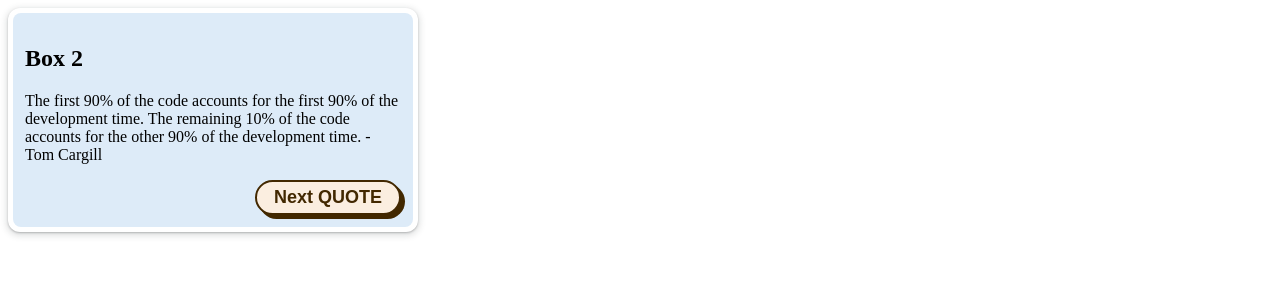
Repository: JasonMorta/programingQuotes-chromeExtension
Page: popup.html
An editor plug-in stored every save of this project. The page is shown before and after the next save, followed by the edit.
The browser window is 1280 px wide. The pictures show the whole page.

Above is the page before, as saved 2023-05-07 13:22:48.

### popup.html
<!DOCTYPE html>
<html lang="en">

<head>
   <meta charset="UTF-8">
<link rel="stylesheet" href="./content.css">
   <meta http-equiv="X-UA-Compatible" content="IE=edge">
   <link rel="stylesheet" href="./buttonStyle.css">
    <script src="./quitesArray.js"></script>

   <meta name="viewport" content="width=device-width, initial-scale=1.0">
   <title>Document</title>

</head>


<body>


 <section class="gee_chat_container">
    <div class="box-container-inner">
      <h1>Box 2</h1>
      <p  class="para"></p>
      <button class="button-74 getQuote" role="button">Next QUOTE</button>
    </div>
  </section>





 <script src="./content.js"></script>
</body>

</html>

### content.css
.gee_chat_container {
    box-shadow: 0 1px 2px 0 rgb(60 64 67 / 30%), 0 2px 6px 2px rgb(60 64 67 / 15%);
    max-width: 550px;
    width: 400px;
    border-radius: 12px;
    margin-top: 0;
    padding: 5px;
    position: relative;
    background-color: #fff;

  }

  .box-container {
      border-color: var(--elevation-border-color);
      box-shadow: 0 1px 2px 0 rgb(60 64 67 / 30%), 0 2px 6px 2px rgb(60 64 67 / 15%);
      max-width: 550px;
      width: 400px;
      border-radius: 12px;
      margin-top: 0;
      padding: 5px;
      position: relative;
      background-color: #fff;
    }

    .box-container-inner {
      padding: 0.75rem;
      border-radius: 8px;
      background-color: #ddebf8;
    }

### buttonStyle.css

.button-74 {
    background-color: #fbeee0;
    border: 2px solid #422800;
    border-radius: 30px;
    box-shadow: #422800 4px 4px 0 0;
    color: #422800;
    cursor: pointer;
    font-weight: 600;
    font-size: 18px;
    height: 35px;
    width: 146px;
    padding: 0 15px;
    line-height: 50px;
    text-align: center;
    text-decoration: none;
    user-select: none;
    -webkit-user-select: none;
    touch-action: manipulation;
    display: flex;
    flex-direction: column;
    justify-content: center;
    align-items: center;
    margin-left: auto;
}

.button-74:hover {
  background-color: #fff;
}

.button-74:active {
  box-shadow: #422800 2px 2px 0 0;
  transform: translate(2px, 2px);
}

### quitesArray.js
const motivationalQuotes = [
    "The most disastrous thing that you can ever learn is your first programming language. - Alan Kay",
    "You are not a computer programmer, you are a problem solver. - Anonymous",
    "First, solve the problem. Then, write the code. - John Johnson",
    "Code is like humor. When you have to explain it, it’s bad. - Cory House",
    "The sooner you start to code, the longer the program will take. - Roy Carlson",
    "You might not think that programmers are artists, but programming is an extremely creative profession. - John Romero",
    "Programmers are constantly making things more complicated than they need to be because future-proofing is impossible. - Edsger W. Dijkstra",
    "One of the best programming skills you can have is knowing when to walk away for a while. - Oscar Godson",
    "The best code is the code never written. - Anonymous",
    "If you don’t understand how to run an operating system, you shouldn’t be a programmer. - Richard Stallman",
    "It's not at all important to get it right the first time. It's vitally important to get it right the last time. - Andrew Hunt and David Thomas",
    "The goal of a programmer is to simplify the complexity of a problem. - Anonymous",
    "Coding is not just code, that is a live thing to share your life with. - Anonymous",
    "The only way to do great work is to love what you do. - Steve Jobs",
    "Sometimes the best way to learn is to just dive in. - Jon Bonne",
    "The code you write makes you a programmer. The code you delete makes you a good one. - Mario Fusco",
    "Programs must be written for people to read, and only incidentally for machines to execute. - Harold Abelson and Gerald Jay Sussman",
    "We build our computer systems the way we build our cities: over time, without a plan, on top of ruins. - Ellen Ullman",
    "Any fool can write code that a computer can understand. Good programmers write code that humans can understand. - Martin Fowler",
    "To be a programmer is to develop a carefully managed relationship with error. - Ellen Ullman",
    "The best way to learn to code is to code. - Anonymous",
    "Don't worry if it doesn't work right. If everything did, you'd be out of a job. - Mosher's Law of Software Engineering",
    "Sometimes it pays to stay in bed on Monday, rather than spending the rest of the week debugging Monday’s code. - Dan Salomon",
    "There's nothing more permanent than a temporary hack. - Kyle Simpson",
    "The only code worth writing is code that makes your life easier. - Kent Beck",
    "It’s not about what you know, it’s about what you can figure out. - Anonymous",
    "Programming can be fun, so can cryptography; however, they should not be combined. - Kreitzberg and Shneiderman",
    "Walking on water and developing software from a specification are easy if both are frozen. - Edward V. Berard",
    "If you want to be a better programmer, write more code. - Anonymous",
    "Java is to JavaScript as car is to carpet. - Chris Heilmann",
    "Controlling complexity is the essence of computer programming. - Brian Kernighan",
    "Good code is short, simple, and symmetrical - the challenge is figuring out how to get there. - Sean Parent",
    "The most important skill for a programmer is to be able to effectively communicate. - Anonymous",
    "Programs are meant to be read by humans and only incidentally for computers to execute. - Harold Abelson",
    "If you think math is hard, try programming. - Anonymous",
    "Before software can be reusable, it first has to be usable. - Ralph Johnson",
    "If debugging is the process of removing software bugs, then programming must be the process of putting them in. - Edsger Dijkstra",
    "The computer was born to solve problems that did not exist before. - Bill Gates",
    "It's not that I'm so smart, it's just that I stay with problems longer. - Albert Einstein",
    "The best error message is the one that never shows up. - Thomas Fuchs",
    "The best code is no code. - Jeff Atwood",
    "There are only two industries that refer to their customers as 'users'. - Edward Tufte",
    "The trouble with programmers is that you can never tell what a programmer is doing until it’s too late. - Seymour Cray",
    "Talk is cheap. Show me the code. - Linus Torvalds",
    "The difference between theory and practice is that in theory, there is no difference between theory and practice. - Richard Moore",
    "If you optimize everything, you will always be unhappy. - Donald Knuth",
    "A program that produces incorrect results twice as fast is infinitely slower. - John Osterhout",
    "You can’t have great software without a great team, and most software teams behave like dysfunctional families. - Jim McCarthy",
    "If at first you don't succeed, try, try, try again. Then quit. There's no point in being a damn fool about it. - W.C. Fields",
    "If you don’t know what to do, call the debugger. - Anonymous",
    "Make it work, make it right, make it fast. - Kent Beck",
    "I'm not a great programmer; I'm just a good programmer with great habits. - Kent Beck",
    "The best way to predict the future is to invent it. - Alan Kay",
    "Measuring programming progress by lines of code is like measuring aircraft building progress by weight. - Bill Gates",
    "Code never lies, comments sometimes do. - Ron Jeffries",
    "Simplicity is the ultimate sophistication. - Leonardo da Vinci",
    "It's not a bug - it's an undocumented feature. - Anonymous",
    "Programs must be written for people to read, and only incidentally for machines to execute. - Harold Abelson",
    "Computers are good at following instructions, but not at reading your mind. - Donald Knuth",
    "Programming is the art of telling a computer what to do through a series of instructions. - Anonymous",
    "To iterate is human, to recurse divine. - L. Peter Deutsch",
    "Good code is its own best documentation. As you’re about to add a comment, ask yourself, ‘How can I improve the code so that this comment isn’t needed?’ - Steve McConnell",
    "A program is never less than 90% complete, and never more than 95% complete. - Terry Baker",
    "A good programmer is someone who always looks both ways before crossing a one-way street. - Doug Linder",
    "Always code as if the guy who ends up maintaining your code will be a violent psychopath who knows where you live. - Martin Golding",
    "If debugging is the process of removing software bugs, then programming must be the process of putting them in. - Edsger Dijkstra",
    "The only way to do great work is to love what you do. If you haven't found it yet, keep looking. Don't settle. - Steve Jobs",
    "You might not think that programmers are artists, but programming is an extremely creative profession. It's logic-based creativity. - John Romero",
    "If you don’t build your dreams, someone else will hire you to build theirs. - Tony Gaskins",
    "Don’t write better error messages, write code that doesn’t need them. - Jason C. McDonald",
    "If you want to be a good programmer, learn to think outside the box. - Antonis Tsagaris",
    "There are only two hard things in Computer Science: cache invalidation and naming things. - Phil Karlton",
    "Simplicity is the soul of efficiency. - Austin Freeman",
    "The best way to get a project done faster is to start sooner. - Jim Highsmith",
    "Experience is the name everyone gives to their mistakes. - Oscar Wilde",
    "Always code as if the person who ends up maintaining your code is a violent psychopath who knows where you live. - John Woods",
    "If at first you don’t succeed; call it version 1.0. - Anonymous",
    "A language that doesn't affect the way you think about programming is not worth knowing. - Alan J. Perlis",
    "Programmers are constantly making things more complicated than they need to be because future-proofing is impossible. - Edsger W. Dijkstra",
    "The best way to predict the future is to invent it. - Alan Kay",
    "Code is like humor. When you have to explain it, it’s bad. - Cory House",
    "Any fool can write code that a computer can understand. Good programmers write code that humans can understand. - Martin Fowler",
    "The most disastrous thing that you can ever learn is your first programming language. - Alan Kay",
    "Programming isn't about what you know; it's about what you can figure out. - Chris Pine",
    "Programs must be written for people to read, and only incidentally for machines to execute. - Harold Abelson and Gerald Jay Sussman",
    "The best code is no code at all. - Jeff Atwood",
    "If you can't explain it simply, you don't understand it well enough. - Albert Einstein",
    "It's not a bug - it's an undocumented feature. - Anonymous",
    "Every great developer you know got there by solving problems they were unqualified to solve until they actually did it. - Patrick McKenzie",
    "The best thing about a boolean is even if you are wrong, you are only off by a bit. - Anonymous",
    "Programmers are not to be measured by their ingenuity and their logic but by the completeness of their case analysis. - Alan Perlis",
    "Debugging is like being the detective in a crime movie where you are also the murderer. - Filipe Fortes",
    "The first 90% of the code accounts for the first 90% of the development time. The remaining 10% of the code accounts for the other 90% of the development time. - Tom Cargill",
    "Code never lies, comments sometimes do. - Ron Jeffries",
    "Coding is not just code, that is a live thing to serve everyone! - Ming Qian",
    "The only way to learn a new programming language is by writing programs in it. - Dennis Ritchie",
    "Software is a great combination of artistry and engineering. - Bill Gates",
    "Code is a journey, not a destination. - Anonymous",
    "There are two ways to write error-free programs; only the third one works. - Alan J. Perlis"
]

### content.js


let quoteBtn = document.querySelector('.getQuote');
let quote = document.querySelector('.para');
quote.innerHTML = motivationalQuotes[Math.floor(Math.random() * motivationalQuotes.length)];
quoteBtn.addEventListener('click', () => {
    let randomQuote = motivationalQuotes[Math.floor(Math.random() * motivationalQuotes.length)];

    quote.innerHTML = randomQuote;
});

After the next save:
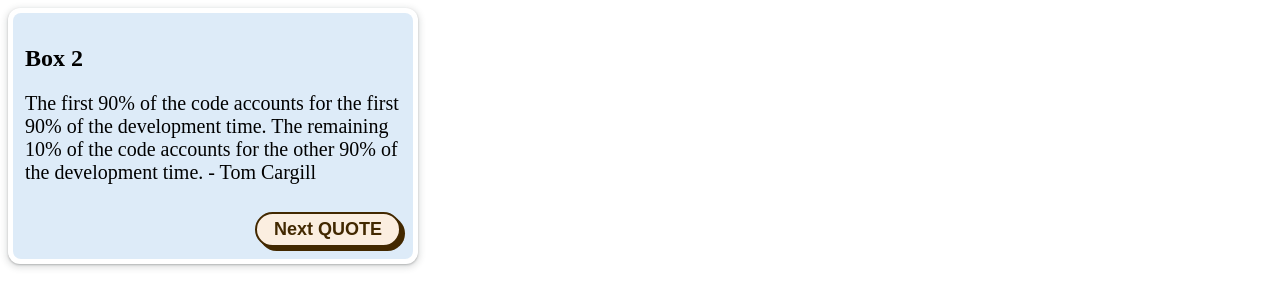
Saved 41 s later.
--- a/buttonStyle.css
+++ b/buttonStyle.css
@@ -32,3 +32,8 @@
   box-shadow: #422800 2px 2px 0 0;
   transform: translate(2px, 2px);
 }
+
+.para {
+    font-size: 20px;
+    height: 100px;
+}
